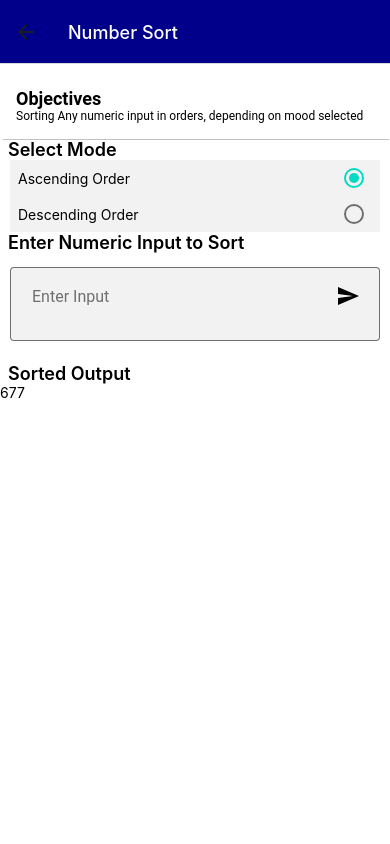
Repository: seyicoded/rn-crazy-algorithm-app
Screen: /Sort_simple_number
An editor plug-in stored every save of this project. The screen is shown before and after the next save, followed by the edit.
The app was drawn by React Native's web renderer in a window 390 px wide. The project was rebuilt for these pictures with package versions that can differ from the ones it lists, and the page was loaded fresh each time. Also part of the build but not shown: src/screens/sort.js, src/screens/filter.js, src/screens/advance.js, src/screens/sorts/Sort_alphabet.js.

Above is the screen before, as saved 2022-03-30 18:14:32.

After the next save:
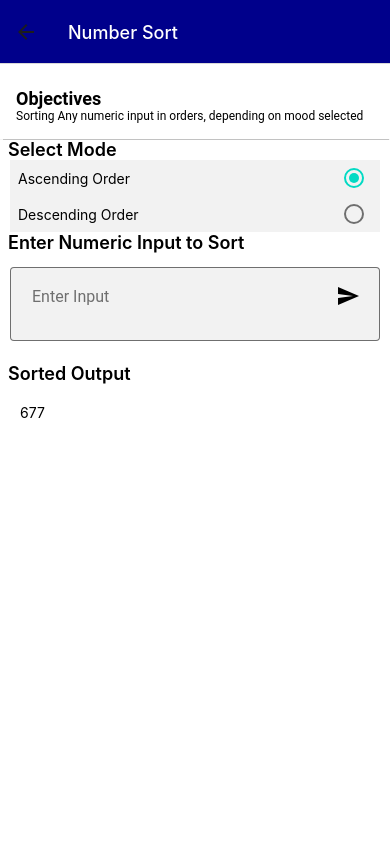
Saved 36 s later.
--- a/src/screens/sorts/Sort_simple_number.js
+++ b/src/screens/sorts/Sort_simple_number.js
@@ -98,4 +98,7 @@ const styles = StyleSheet.create({
         backgroundColor: 'rgba(0, 0, 0, 0.05)',
         paddingHorizontal: 8,
     },
+    sorted_output: {
+        margin: 20
+    }
 })
